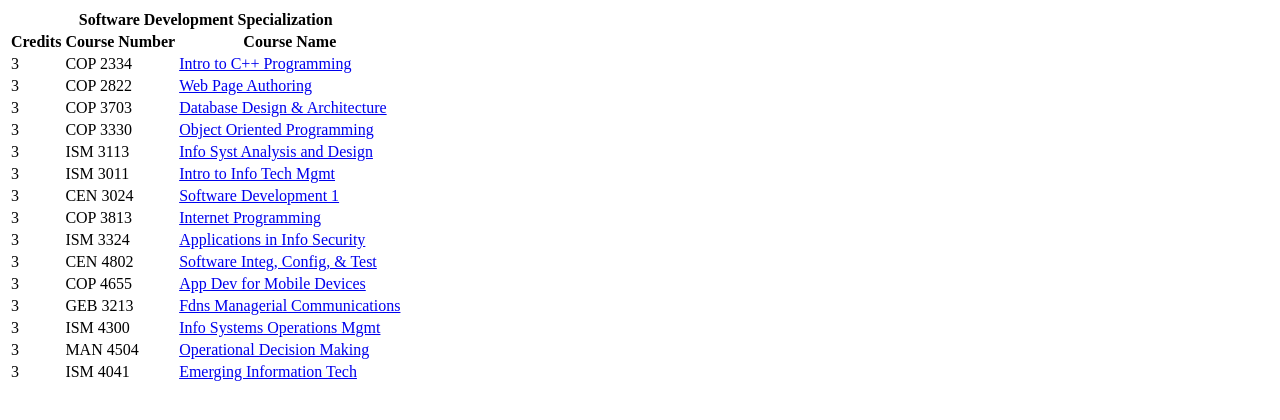
Repository: mlmEFSC21/P5-DegreeTableStyling
Page: FormattedProgramSpecialization2.html
An editor plug-in stored every save of this project. The page is shown before and after the next save, followed by the edit.
The browser window is 1280 px wide. The pictures show the whole page.
Some web fonts or font styles are not loaded; a fallback is used.

Above is the page before, as saved 2022-02-07 16:08:04.

### FormattedProgramSpecialization2.html
<!DOCTYPE html>
<html lang="en">
    <head>
        <meta charset="UTF-8" />
        <meta http-equiv="X-UA-Compatible" content="IE=edge" />
        <meta name="viewport" content="width=device-width, initial-scale=1.0" />
        <link rel="preconnect" href="https://fonts.googleapis.com" />
        <link rel="preconnect" href="https://fonts.gstatic.com" crossorigin />
        <link
            href="https://fonts.googleapis.com/css2?family=Spectral:wght@300&display=swap"
            rel="stylesheet"
        />
        <title>Degree Specialization Table</title>
    </head>
    <body>
        <table>
            <thead>
                <tr>
                    <th colspan="3">Software Development Specialization</th>
                </tr>
                <tr class="colTitles">
                    <th>Credits</th>
                    <th>Course Number</th>
                    <th>Course Name</th>
                </tr>
            </thead>
            <tbody>
                <tr>
                    <td>3</td>
                    <td>COP 2334</td>
                    <td>
                        <a
                            href="https://bannerweb.easternflorida.edu/prod/bwckctlg.p_disp_course_detail?cat_term_in=202210&subj_code_in=COP&crse_numb_in=2334"
                            >Intro to C++ Programming</a
                        >
                    </td>
                </tr>
                <tr>
                    <td>3</td>
                    <td>COP 2822</td>
                    <td>
                        <a
                            href="https://bannerweb.easternflorida.edu/prod/bwckctlg.p_disp_course_detail?cat_term_in=202210&subj_code_in=COP&crse_numb_in=2822"
                            >Web Page Authoring</a
                        >
                    </td>
                </tr>
                <tr>
                    <td>3</td>
                    <td>COP 3703</td>
                    <td>
                        <a
                            href="https://bannerweb.easternflorida.edu/prod/bwckctlg.p_disp_course_detail?cat_term_in=202210&subj_code_in=COP&crse_numb_in=3703"
                            >Database Design & Architecture</a
                        >
                    </td>
                </tr>
                <tr>
                    <td>3</td>
                    <td>COP 3330</td>
                    <td>
                        <a
                            href="https://bannerweb.easternflorida.edu/prod/bwckctlg.p_disp_course_detail?cat_term_in=202210&subj_code_in=COP&crse_numb_in=3330"
                            >Object Oriented Programming</a
                        >
                    </td>
                </tr>
                <tr>
                    <td>3</td>
                    <td>ISM 3113</td>
                    <td>
                        <a
                            href="https://bannerweb.easternflorida.edu/prod/bwckctlg.p_disp_course_detail?cat_term_in=202210&subj_code_in=ISM&crse_numb_in=3113"
                            >Info Syst Analysis and Design</a
                        >
                    </td>
                </tr>
                <tr>
                    <td>3</td>
                    <td>ISM 3011</td>
                    <td>
                        <a
                            href="https://bannerweb.easternflorida.edu/prod/bwckctlg.p_disp_course_detail?cat_term_in=202210&subj_code_in=ISM&crse_numb_in=3011"
                            >Intro to Info Tech Mgmt</a
                        >
                    </td>
                </tr>
                <tr>
                    <td>3</td>
                    <td>CEN 3024</td>
                    <td>
                        <a
                            href="https://bannerweb.easternflorida.edu/prod/bwckctlg.p_disp_course_detail?cat_term_in=202210&subj_code_in=CEN&crse_numb_in=3024"
                            >Software Development 1</a
                        >
                    </td>
                </tr>
                <tr>
                    <td>3</td>
                    <td>COP 3813</td>
                    <td>
                        <a
                            href="https://bannerweb.easternflorida.edu/prod/bwckctlg.p_disp_course_detail?cat_term_in=202210&subj_code_in=COP&crse_numb_in=3813"
                            >Internet Programming</a
                        >
                    </td>
                </tr>
                <tr>
                    <td>3</td>
                    <td>ISM 3324</td>
                    <td>
                        <a
                            href="https://bannerweb.easternflorida.edu/prod/bwckctlg.p_disp_course_detail?cat_term_in=202210&subj_code_in=ISM&crse_numb_in=3324"
                            >Applications in Info Security</a
                        >
                    </td>
                </tr>
                <tr>
                    <td>3</td>
                    <td>CEN 4802</td>
                    <td>
                        <a
                            href="https://bannerweb.easternflorida.edu/prod/bwckctlg.p_disp_course_detail?cat_term_in=202210&subj_code_in=CEN&crse_numb_in=4802"
                            >Software Integ, Config, & Test</a
                        >
                    </td>
                </tr>
                <tr>
                    <td>3</td>
                    <td>COP 4655</td>
                    <td>
                        <a
                            href="https://bannerweb.easternflorida.edu/prod/bwckctlg.p_disp_course_detail?cat_term_in=202210&subj_code_in=COP&crse_numb_in=4655"
                            >App Dev for Mobile Devices</a
                        >
                    </td>
                </tr>
                <tr>
                    <td>3</td>
                    <td>GEB 3213</td>
                    <td>
                        <a
                            href="https://bannerweb.easternflorida.edu/prod/bwckctlg.p_disp_course_detail?cat_term_in=202210&subj_code_in=GEB&crse_numb_in=3213"
                            >Fdns Managerial Communications</a
                        >
                    </td>
                </tr>
                <tr>
                    <td>3</td>
                    <td>ISM 4300</td>
                    <td>
                        <a
                            href="https://bannerweb.easternflorida.edu/prod/bwckctlg.p_disp_course_detail?cat_term_in=202210&subj_code_in=ISM&crse_numb_in=4300"
                            >Info Systems Operations Mgmt</a
                        >
                    </td>
                </tr>
                <tr>
                    <td>3</td>
                    <td>MAN 4504</td>
                    <td>
                        <a
                            href="https://bannerweb.easternflorida.edu/prod/bwckctlg.p_disp_course_detail?cat_term_in=202210&subj_code_in=MAN&crse_numb_in=4504"
                            >Operational Decision Making</a
                        >
                    </td>
                </tr>
                <tr>
                    <td>3</td>
                    <td>ISM 4041</td>
                    <td>
                        <a
                            href="https://bannerweb.easternflorida.edu/prod/bwckctlg.p_disp_course_detail?cat_term_in=202210&subj_code_in=ISM&crse_numb_in=4041"
                            >Emerging Information Tech</a
                        >
                    </td>
                </tr>
            </tbody>
        </table>
    </body>
</html>

After the next save:
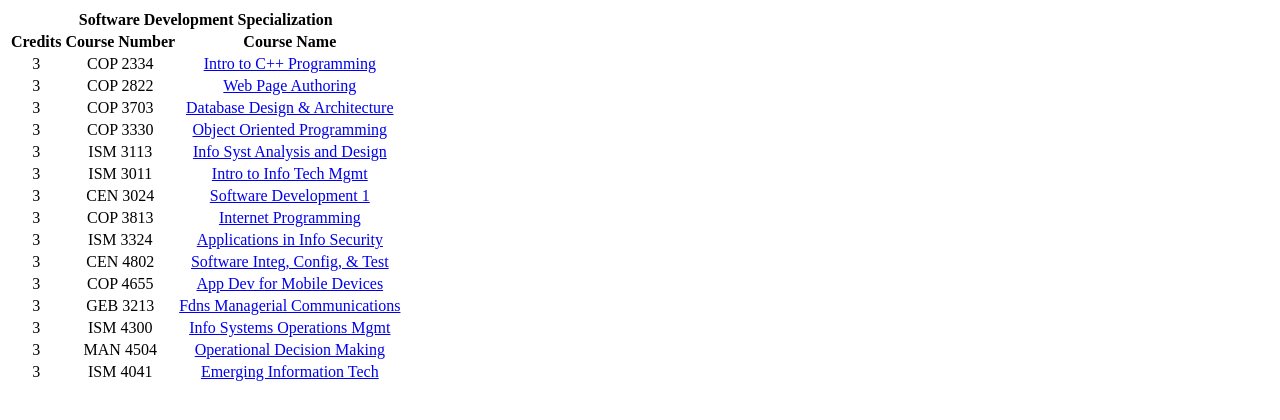
Saved 46 s later.
--- a/FormattedProgramSpecialization2.html
+++ b/FormattedProgramSpecialization2.html
@@ -13,7 +13,7 @@
         <title>Degree Specialization Table</title>
     </head>
     <body>
-        <table>
+        <table style="text-align: center">
             <thead>
                 <tr>
                     <th colspan="3">Software Development Specialization</th>

After the save that followed:
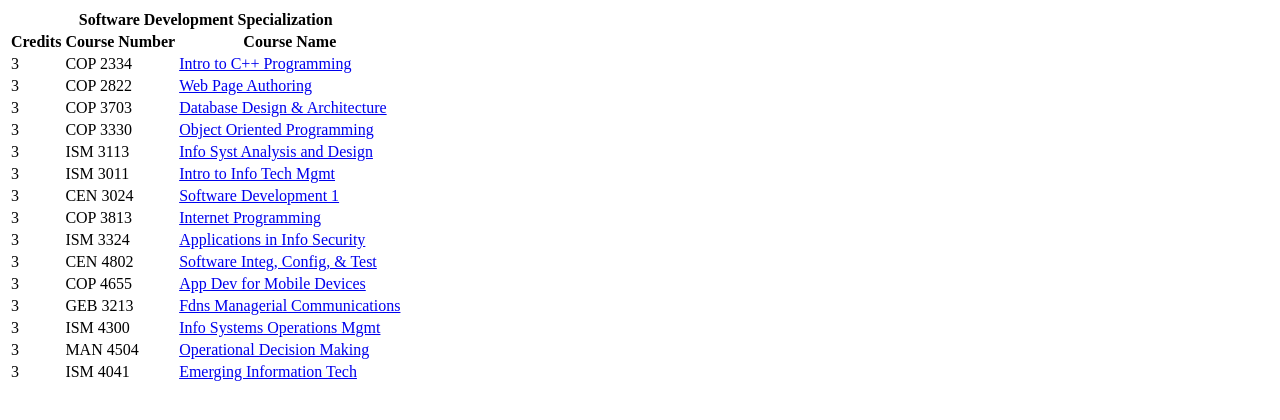
Saved 6 s later.
--- a/FormattedProgramSpecialization2.html
+++ b/FormattedProgramSpecialization2.html
@@ -24,7 +24,7 @@
                     <th>Course Name</th>
                 </tr>
             </thead>
-            <tbody>
+            <tbody style="font-size: 12pt; text-align: left">
                 <tr>
                     <td>3</td>
                     <td>COP 2334</td>
